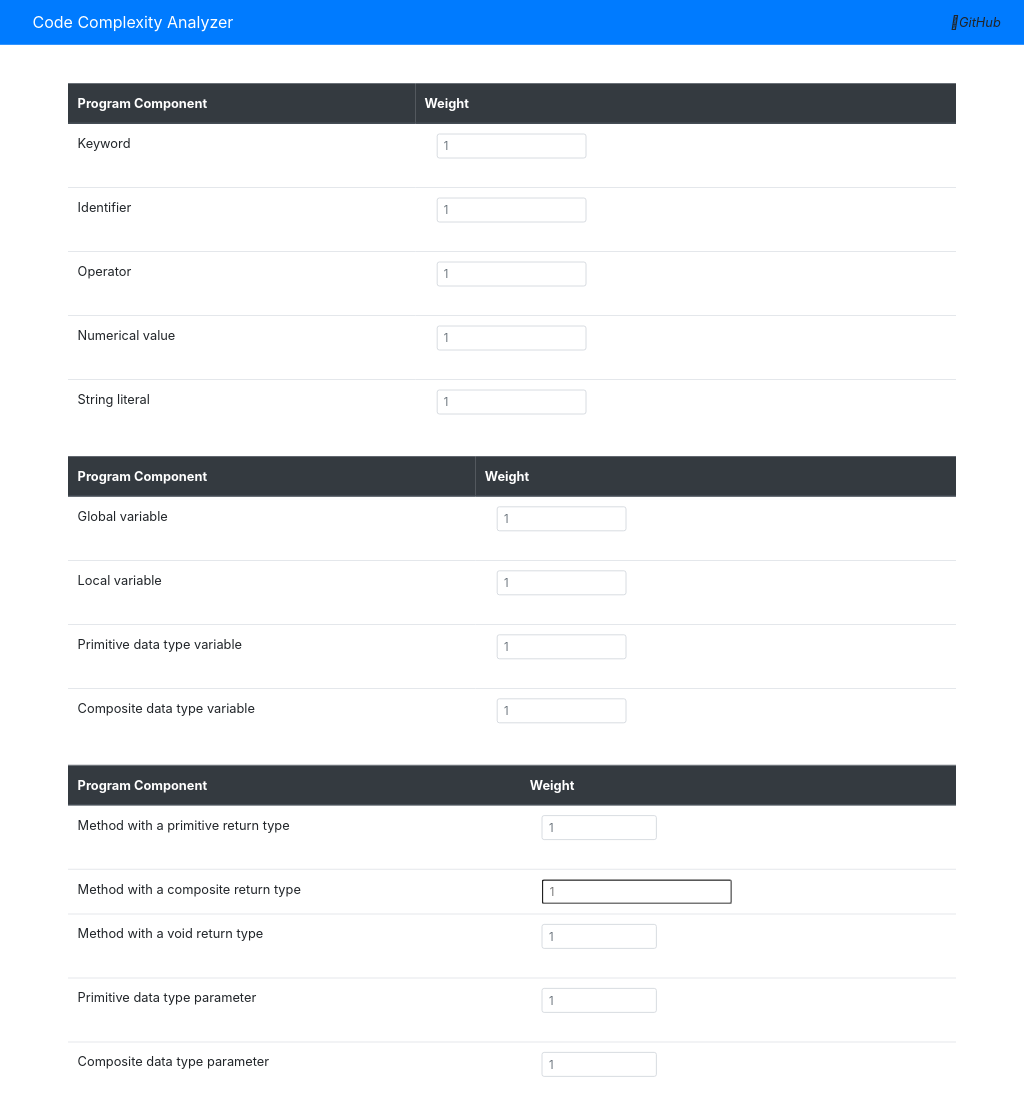
Repository: DinuwanB/Code-Complexity-Analyzer
Page: http://localhost/ITPM/Weight.jsp
The author's editor kept a copy of each file at every save. The page is drawn from the files as they stood at one save, then again after the next save.
The browser window is 1280 px wide. The pictures show the whole page, at 80% of full size.
The page is served by Tomcat 9. Other server files are loaded and not shown.

Above is the page before, as saved 2020-05-22 05:41:34.

### ITPM/src/main/webapp/Weight.jsp
<%@ page language="java" contentType="text/html; charset=ISO-8859-1"
    pageEncoding="ISO-8859-1"%>
<!DOCTYPE html>
<html>
<head>
<meta charset="ISO-8859-1">
<title>Weight</title>
<link rel="stylesheet" href="https://maxcdn.bootstrapcdn.com/bootstrap/4.0.0/css/bootstrap.min.css" integrity="sha384-Gn5384xqQ1aoWXA+058RXPxPg6fy4IWvTNh0E263XmFcJlSAwiGgFAW/dAiS6JXm" crossorigin="anonymous">
<link rel="stylesheet"
	href="https://stackpath.bootstrapcdn.com/bootstrap/4.4.1/css/bootstrap.min.css"
	integrity="sha384-Vkoo8x4CGsO3+Hhxv8T/Q5PaXtkKtu6ug5TOeNV6gBiFeWPGFN9MuhOf23Q9Ifjh"
	crossorigin="anonymous">
<link
	href="https://stackpath.bootstrapcdn.com/font-awesome/4.7.0/css/font-awesome.min.css"
	rel="stylesheet"
	integrity="sha384-wvfXpqpZZVQGK6TAh5PVlGOfQNHSoD2xbE+QkPxCAFlNEevoEH3Sl0sibVcOQVnN"
	crossorigin="anonymous">
</head>
<body>
<nav class="navbar navbar-dark bg-primary">
		<div class="container">
			<a class="navbar-brand" href="#">Code Complexity Analyzer</a>


		</div>
		<button class="btn btn" type="submit" id="inputGroupFileAddon04">
			<i class="fab fa-github-square">GitHub</i>
		</button>

	</nav>
	<br>
	<br>
	<form action="upload" method="POST" enctype="multipart/form-data">
			<div class="container">
	<table class="table">
  <thead class="thead-dark">
    <tr>
      <th scope="col">Program Component</th>
      <th scope="col">Weight</th>
    </tr>
  </thead>
  <tbody>
    <tr>
      <td>Keyword</td>
      <td>
      <div class="col-auto col-md-4">
      <label class="sr-only" for="inlineFormInput">Weight</label>
      <input type="text" class="form-control mb-4 form-control-sm" id="inlineFormInput" placeholder="1">
      </div>
    </td>
    </tr>
    <tr>
     <td>Identifier</td>
     <td>
     <div class="col-auto col-md-4">
      <label class="sr-only" for="inlineFormInput">Weight</label>
      <input type="text" class="form-control mb-4 form-control-sm" id="inlineFormInput" placeholder="1">
      </div>
     </td>
    </tr>
  	<tr>
  	 <td>Operator</td>
  	 <td>
     <div class="col-auto col-md-4">
      <label class="sr-only" for="inlineFormInput">Weight</label>
      <input type="text" class="form-control mb-4 form-control-sm" id="inlineFormInput" placeholder="1">
      </div>
     </td>
  	</tr>
  	<tr>
  	<td>Numerical value</td>
  	<td>
     <div class="col-auto col-md-4">
      <label class="sr-only" for="inlineFormInput">Weight</label>
      <input type="text" class="form-control mb-4 form-control-sm" id="inlineFormInput" placeholder="1">
      </div>
     </td>
    </tr>
    <tr>
    <td>String literal</td>
    <td>
     <div class="col-auto col-md-4">
      <label class="sr-only" for="inlineFormInput">Weight</label>
      <input type="text" class="form-control mb-4 form-control-sm" id="inlineFormInput" placeholder="1">
      </div>
     </td>
    </tr>
  </tbody>
</table>
<table class="table">
  <thead class="thead-dark">
    <tr>
      <th scope="col">Program Component</th>
      <th scope="col">Weight</th>
    </tr>
  </thead>
  <tbody>
    <tr>
      <td>Global variable</td>
      <td>
     <div class="col-auto col-md-4">
      <label class="sr-only" for="inlineFormInput">Weight</label>
      <input type="text" class="form-control mb-4 form-control-sm" id="inlineFormInput" placeholder="1">
      </div>
     </td>
    </tr>
    <tr>
     <td>Local variable</td>
     <td>
     <div class="col-auto col-md-4">
      <label class="sr-only" for="inlineFormInput">Weight</label>
      <input type="text" class="form-control mb-4 form-control-sm" id="inlineFormInput" placeholder="1">
      </div>
     </td>
    </tr>
  	<tr>
  	 <td>Primitive data type variable</td>
  	 <td>
     <div class="col-auto col-md-4">
      <label class="sr-only" for="inlineFormInput">Weight</label>
      <input type="text" class="form-control mb-4 form-control-sm" id="inlineFormInput" placeholder="1">
      </div>
     </td>
  	</tr>
  	<tr>
  	<td>Composite data type variable</td>
  	<td>
     <div class="col-auto col-md-4">
      <label class="sr-only" for="inlineFormInput">Weight</label>
      <input type="text" class="form-control mb-4 form-control-sm" id="inlineFormInput" placeholder="1">
      </div>
     </td>
    </tr>
  </tbody>
</table>
<table class="table">
  <thead class="thead-dark">
    <tr>
      <th scope="col">Program Component</th>
      <th scope="col">Weight</th>
    </tr>
  </thead>
  <tbody>
    <tr>
      <td>Method with a primitive return type</td>
      <td>
     <div class="col-auto col-md-4">
      <label class="sr-only" for="inlineFormInput">Weight</label>
      <input type="text" class="form-control mb-4 form-control-sm" id="inlineFormInput" placeholder="1">
      </div>
     </td>
    </tr>
    <tr>
     <td>Method with a composite return type</td>
     <td>
     <div class="col-auto col-md-4">
      <label class="sr-only" for="inlineFormInput">Weight</label>
      <input type="text" class="form-control-sm" id="inlineFormInput" placeholder="1">
      </div>
     </td>
    </tr>
  	<tr>
  	 <td>Method with a void return type</td>
  	 <td>
     <div class="col-auto col-md-4">
      <label class="sr-only" for="inlineFormInput">Weight</label>
      <input type="text" class="form-control mb-4 form-control-sm" id="inlineFormInput" placeholder="1">
      </div>
     </td>
  	</tr>
  	<tr>
  	<td>Primitive data type parameter</td>
  	<td>
     <div class="col-auto col-md-4">
      <label class="sr-only" for="inlineFormInput">Weight</label>
      <input type="text" class="form-control mb-4 form-control-sm" id="inlineFormInput" placeholder="1">
      </div>
     </td>
    </tr>
    <tr>
    <td>Composite data type parameter</td>
    <td>
     <div class="col-auto col-md-4">
      <label class="sr-only" for="inlineFormInput">Weight</label>
      <input type="text" class="form-control mb-4 form-control-sm" id="inlineFormInput" placeholder="1">
      </div>
     </td>
    </tr>
  </tbody>
</table>
</div>
		</form>
</body>
</html>

After the next save:
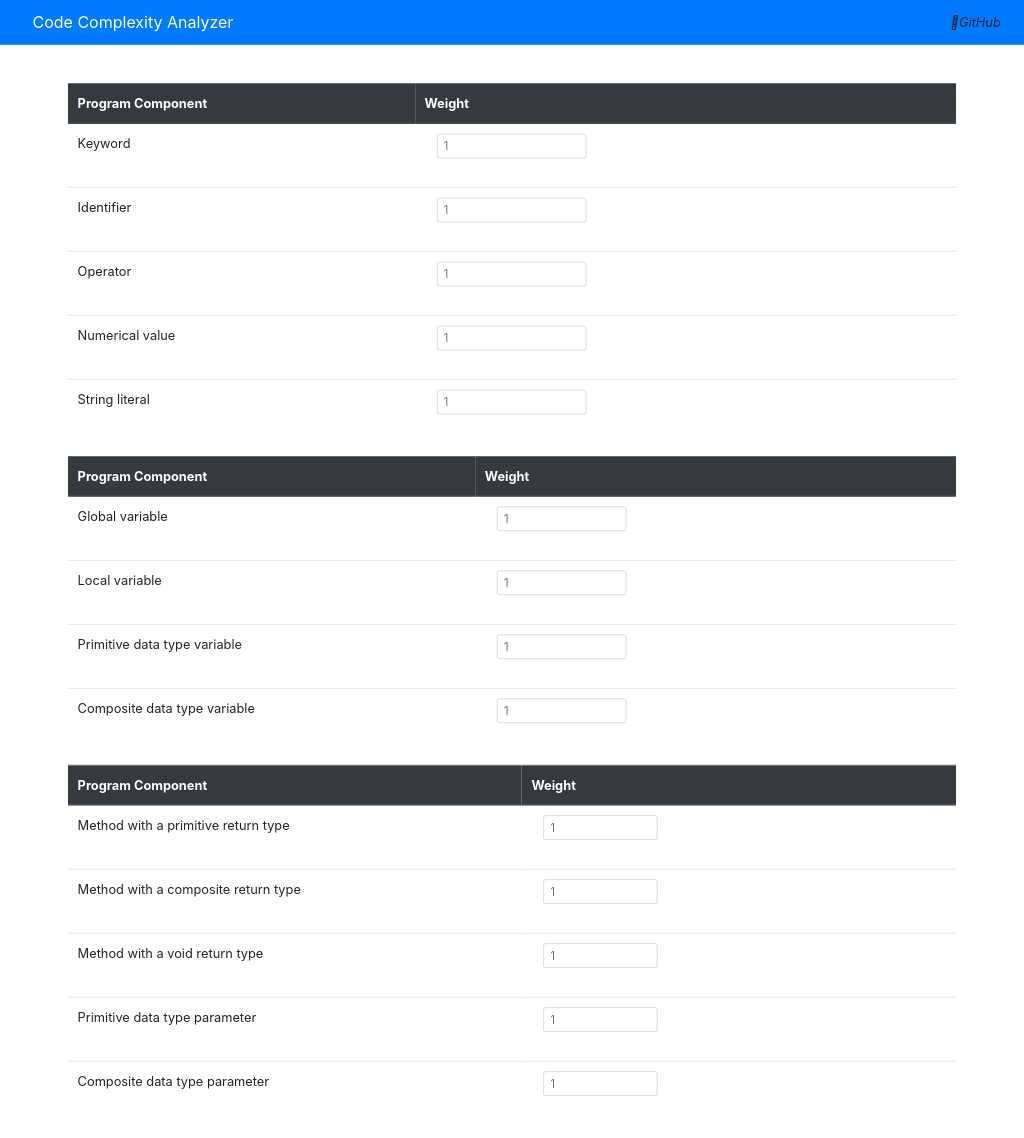
Saved 45 s later.
--- a/ITPM/src/main/webapp/Weight.jsp
+++ b/ITPM/src/main/webapp/Weight.jsp
@@ -155,7 +155,7 @@
      <td>
      <div class="col-auto col-md-4">
       <label class="sr-only" for="inlineFormInput">Weight</label>
-      <input type="text" class="form-control-sm" id="inlineFormInput" placeholder="1">
+      <input type="text" class="form-control mb-4 form-control-sm" id="inlineFormInput" placeholder="1">
       </div>
      </td>
     </tr>
